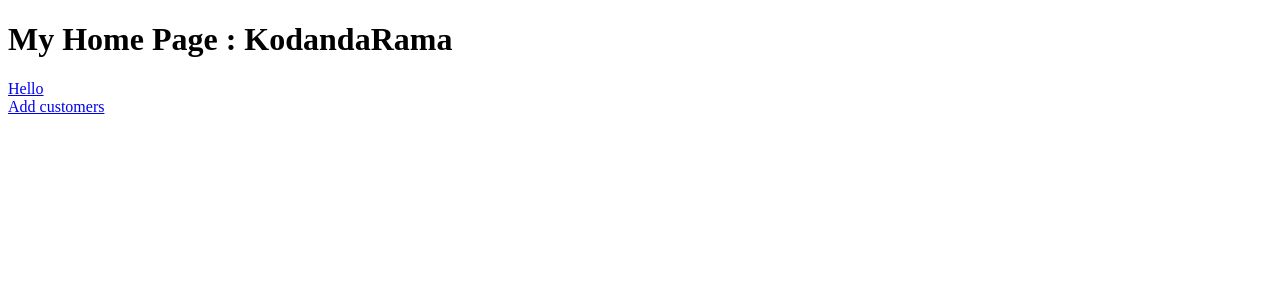
Repository: Rama-13/LaunchPadAllFiles
Page: java-workspace/SpringMVCDemo/WebContent/index.html
The author's editor kept a copy of each file at every save. The page is drawn from the files as they stood at one save, then again after the next save.
The browser window is 1280 px wide. The pictures show the whole page.

Above is the page before, as saved 2019-08-01 09:40:15.

After the next save:
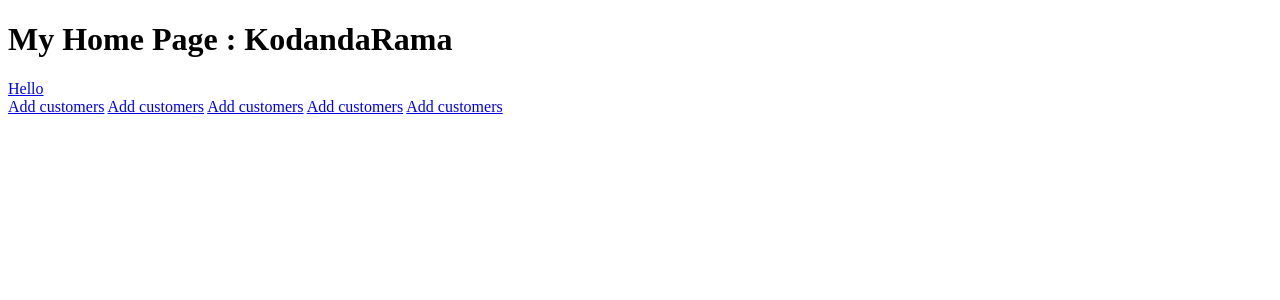
Saved 22 s later.
--- a/java-workspace/SpringMVCDemo/WebContent/index.html
+++ b/java-workspace/SpringMVCDemo/WebContent/index.html
@@ -8,5 +8,10 @@
 <h1>My Home Page : KodandaRama</h1>
 <a href = "Hello.html">Hello</a><br>
 <a href = "addcustomers.do">Add customers</a>
+<a href = "updatecustomers.do">Add customers</a>
+<a href = "addcustomers.do">Add customers</a>
+<a href = "addcustomers.do">Add customers</a>
+<a href = "addcustomers.do">Add customers</a>
+
 </body>
 </html>
